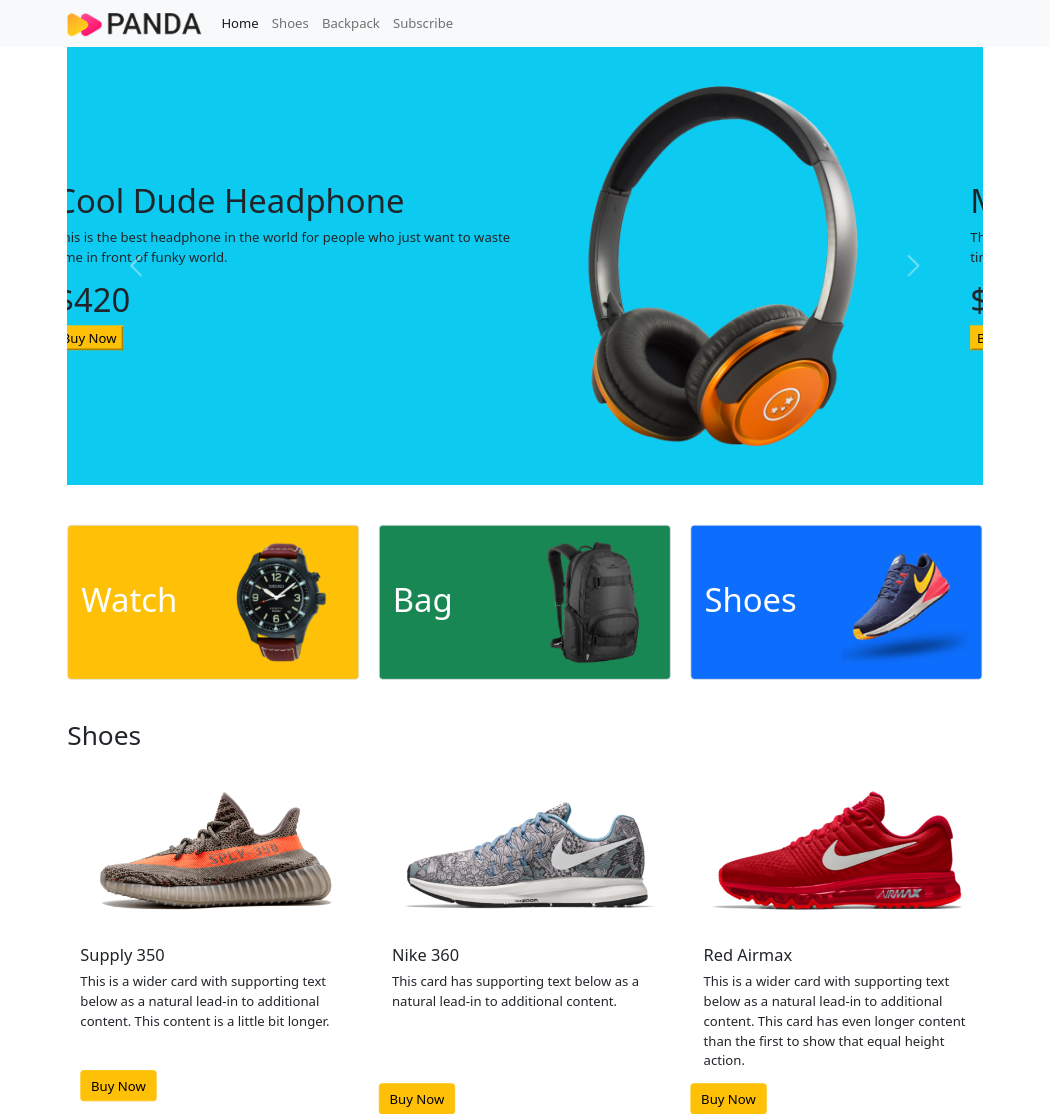
Repository: mdmohiddin/panda-commerce-rp
Page: index.html
An editor plug-in stored every save of this project. The page is shown before and after the next save, followed by the edit.
The browser window is 1280 px wide. The pictures show the whole page, at 82% of full size.

Above is the page before, as saved 2021-07-28 18:41:54.

After the next save:
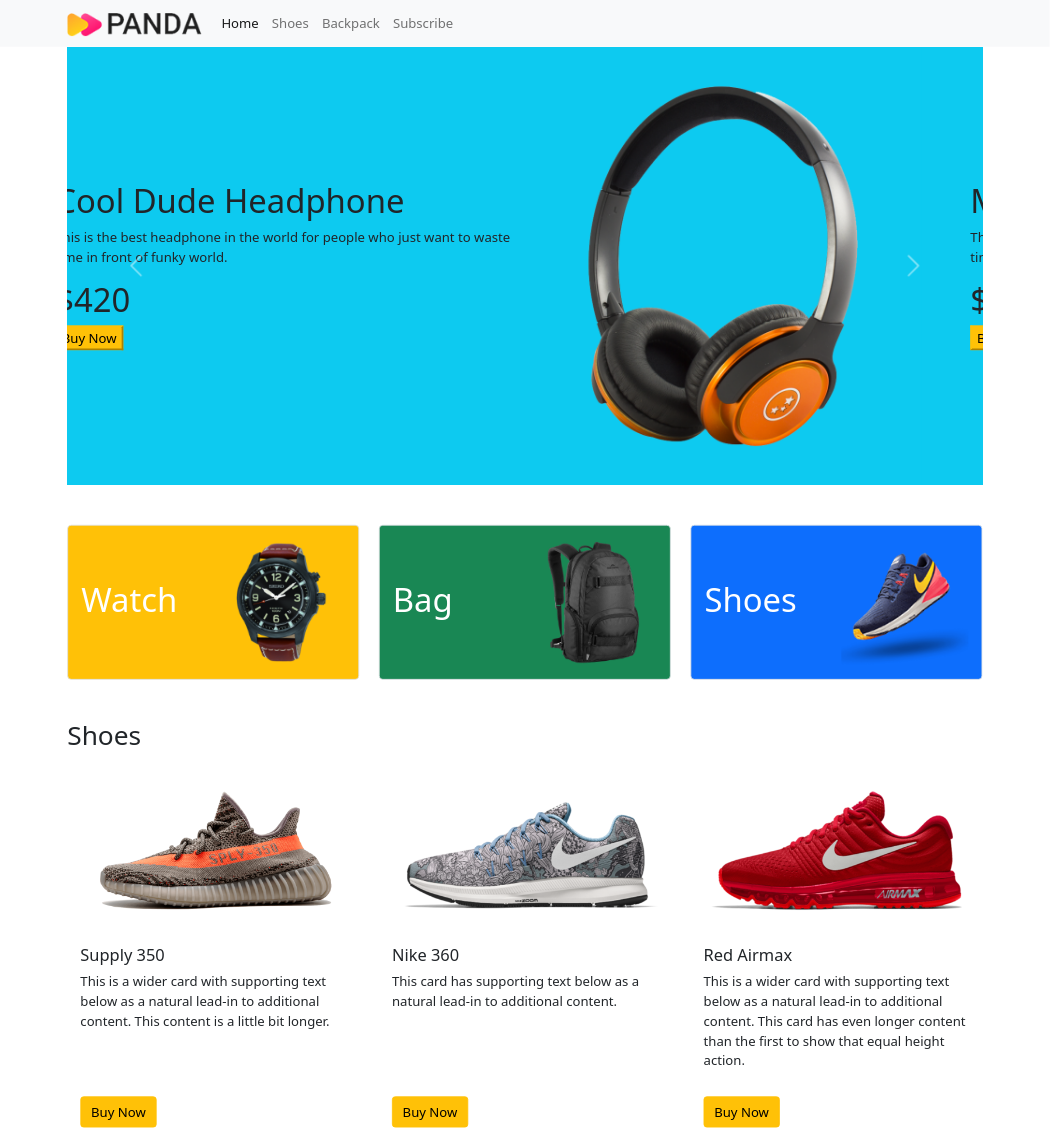
Saved 37 s later.
--- a/index.html
+++ b/index.html
@@ -160,7 +160,7 @@
                       <h5 class="card-title">Nike 360</h5>
                       <p class="card-text">This card has supporting text below as a natural lead-in to additional content.</p>
                     </div>
-                    <div>
+                    <div class="m-3">
                       <button class="btn btn-warning">Buy Now</button>
                     </div>
                   </div>
@@ -173,7 +173,7 @@
                       <h5 class="card-title">Red Airmax</h5>
                       <p class="card-text">This is a wider card with supporting text below as a natural lead-in to additional content. This card has even longer content than the first to show that equal height action.</p>
                     </div>
-                    <div>
+                    <div class="m-3">
                      <button class="btn btn-warning">Buy Now</button>
                     </div>
                   </div>
